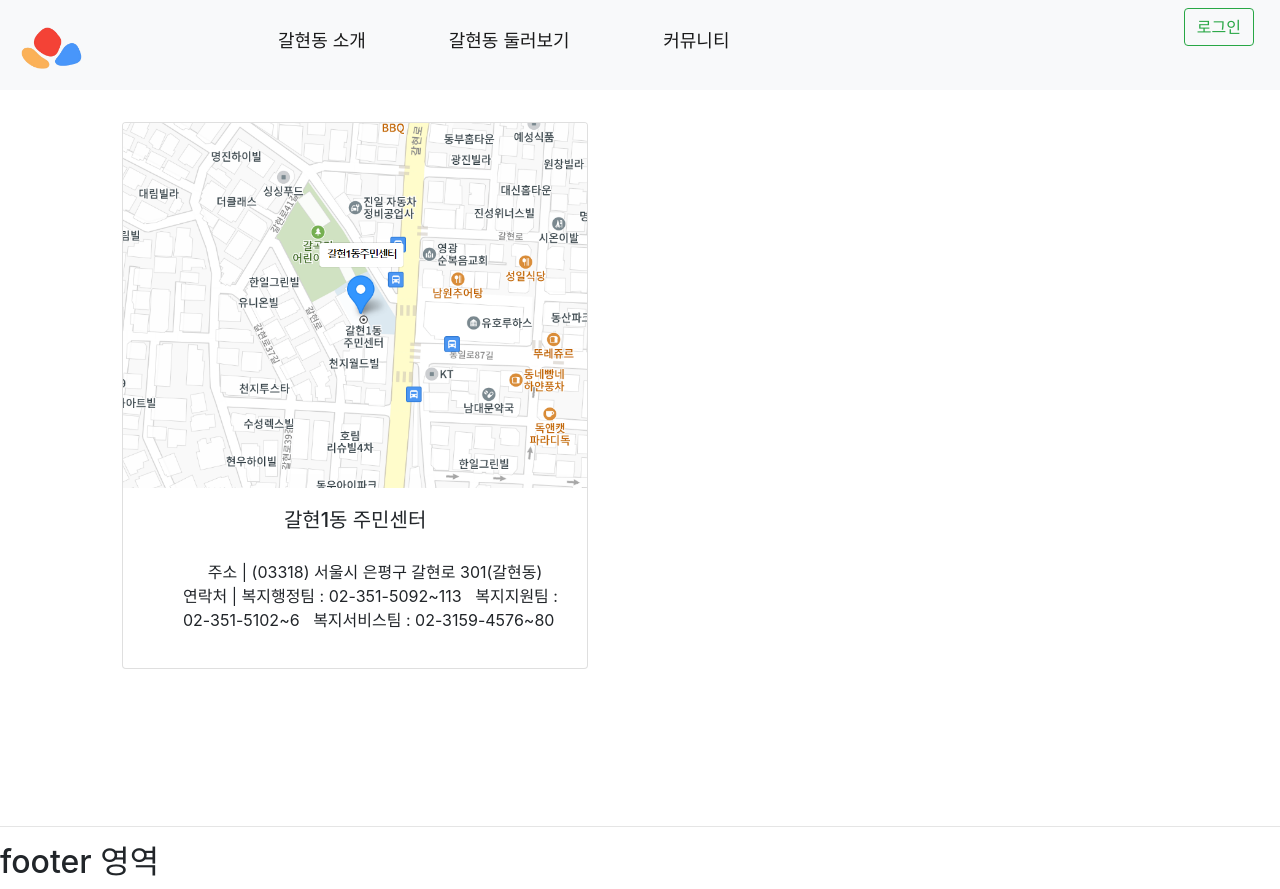
Repository: rnjsmj/pro01
Page: http://localhost/pro01/intro/map.jsp
These files come from the project's save history. The page is drawn as it stood at one moment and after the next save; the edit follows.
The browser window is 1280 px wide. The pictures show the whole page.
The page is served by Tomcat 9. Nobody is signed in. The application's start-up code is not run. Other server files are loaded and not shown. The template is opened directly, without the code that normally fills it, so the values that code supplies are empty.

Above is the page before, as saved 2024-04-14 16:10:06.

### pro01/WebContent/intro/map.jsp
<%@ page language="java" contentType="text/html; charset=UTF-8"
    pageEncoding="UTF-8"%>
<%@ taglib prefix="c" uri="http://java.sun.com/jsp/jstl/core" %>
<%@ taglib prefix="fmt" uri="http://java.sun.com/jsp/jstl/fmt" %>
<c:set var="path0" value="<%=request.getContextPath() %>" />
<!DOCTYPE html>
<html>
<head>
<meta charset="UTF-8">
<title>갈현동 소개 - 지역 유래</title>
<%@ include file="/head.jsp" %>
<style>
	#contents { background-color: #ffffff; height:100vh; text-align:center;justify-content:center; display:grid; }
	.page { padding : 2em; text-align : center; justify-content:center; width:1100px;}
	.map-main {text-align:center; width:100%}
	.div-map1 {float:left; text-align:center;  width:50%; box-sizing:border-box;}
	.div-map2 {float:right; text-align:center;  width:50%; box-sizing:border-box;}


	.box_list { display: inline-block; vertical-align: middle; list-style:none; margin-block-start: 1em;
    margin-block-end: 1em;
    margin-inline-start: 0px;
    margin-inline-end: 0px;
    padding-inline-start: 40px;
    unicode-bidi: isolate;}

    .box_item {display:block; position:relative; list-style:none;
    display: inline-block;
    margin: 0;
    padding: 0;
    box-sizing: border-box;
    text-align:left;}
    .box_subject {
    top: 0;
    left: 0;
    font-size: 16px;
    line-height: 24px;
    display: inline-block;
    margin: 0;
    padding: 0;
    box-sizing: border-box;
    text-align:left;
    }
    .bax-text {
    	position: absolute;
    top: 0;
    left: 0;
    font-size: 16px;
    line-height: 24px;
    display: inline-block;
    margin: 0;
    padding: 0;
    box-sizing: border-box;
    }
    .card {width:90%;}



</style>
</head>
<body>
<div id="header">
	<%@ include file="/header.jsp" %>
</div>
<div id="contents">
	<section class="page" id="page1">

		<div class="map-main">
			<div class="div-map1">
				<div class="card" >
					<img class="card-img-top" src="${path0 }/images/main/map1.png" alt="갈현1동주민센터">
					<div class="card-body">
						<h5 class="card-title">갈현1동 주민센터</h5>
						<ul class="box_list">
							<li class="box_item address">
								<span class="box_subject">주소   |</span>
								<span class="box_text">(03318) 서울시 은평구 갈현로 301(갈현동)</span>
							</li>
							<li class="box_item contect">
								<span class="box_subject">연락처   |</span>
								<span class="box_text">복지행정팀 : 02-351-5092~113</span>&nbsp;&nbsp;
								<span class="box_text">복지지원팀 : 02-351-5102~6</span>&nbsp;&nbsp;
								<span class="box_text">복지서비스팀 : 02-3159-4576~80</span>

							</li>
						</ul>
					</div>
				</div>
			</div>

			<div class="div-map2">

			</div>
		</div>
	</section>
</div>
<div id="footer">
	<%@ include file="/footer.jsp" %>
</div>
</body>
</html>

### pro01/WebContent/head.jsp
<%@ page language="java" contentType="text/html; charset=UTF-8"
    pageEncoding="UTF-8"%>
<%@ taglib prefix="c" uri="http://java.sun.com/jsp/jstl/core" %>
<%@ taglib prefix="fmt" uri="http://java.sun.com/jsp/jstl/fmt" %>
<c:set var="ipath" value="<%= request.getContextPath() %>" />
<script src="${ipath }/js/jquery-3.2.1.min.js"></script>
<link rel="stylesheet" href="${ipath }/css/bootstrap.min.css" />
<link rel="stylesheet" href="https://cdnjs.cloudflare.com/ajax/libs/font-awesome/5.7.0/css/all.min.css" />
<script src="${ipath }/js/bootstrap.min.js"></script>
<meta name="viewport" content="width=device-width, initial-scale=1.0">
<meta name="subject" content="갈현동 소개 (Galhyeon-dong Intro)" />
<meta name="description" content="갈현동, 로데오거리, 맛집, 교통" />
<meta name="keywords" content="갈현동, 갈현1동, 갈현2동, 거리, 맛집, 교통편, 연신내역, 연신내, 구산역, 구산동, 구파발, 로데오거리, 연신내로데오거리, 메트로타워, 주점" />
<link rel="icon" href="${ipath }/images/favicon.png" />
<link rel="shortcut icon" href="${ipath}/images/favicon3.png" />
<meta property="og:type" content="website" />
<meta property="og:title" content="갈현동" />
<meta property="og:description" content="갈현동, 로데오거리, 맛집, 교통" />
<meta property="og:image" content="${ipath }/images/site.png" />
<meta property="og:url" content="http://localhost:8091" />
<link rel="stylesheet" href="${ipath }/css/common.css" />

### pro01/WebContent/header.jsp
<%@ page language="java" contentType="text/html; charset=UTF-8"
    pageEncoding="UTF-8"%>
<%@ taglib prefix="c" uri="http://java.sun.com/jsp/jstl/core" %>
<%@ taglib prefix="fmt" uri="http://java.sun.com/jsp/jstl/fmt" %>
<c:set var="hpath" value="<%=request.getContextPath() %>" />

<style>
	.navbar {width:100%; clear:both; display:block;}

	.navbar-brand { float:left; margin-right:80px; margin-top:0px; }
	#gnb {width:100%; height:90px; position:absoulute; top:0px; min-width:1100px; }
	.div-navbar {width:100%; display:block; float:left; }
	#gnb .navbar-nav { width:60%; margin:0auto; float:left; display:block; min-width:606px; text-align:center; margin-left:5%; height:80px;}
	#gnb .nav-item {float:left; position:relative; width:25%; height:80px; line-height:50px; text-align:center; display:block;  }
	#gnb .nav-item a {display:block; }
	.nav-link {font-size:18px;}


	#gnb .sub_menu {display:none; list-style:none; text-align:left; background-color:#ffffff; margin-top:10px; }
	#gnb .sub_menu a {text-decoration:none; color:black;}
	#gnb .sub_menu a:hover {font-weight:600; color:#69634e; }
	#gnb .item .sub_menu li {background-color:#ffffff; }
	#gnb .nav-item:hover .sub_menu {display:block; }
	#gnb .nav-item:hover a.nav-link{font-weight:600; }
	#gnb a {text-decoration:none;}

	.mem-manage {text-align:right;   width:200px; float:right;}
	.ul-mem {list-style:none; }
	.li-mem {list-style:none; margin-left:10px; margin-right:10px; float:right; display:block;}


</style>
<header>
	<nav class="navbar navbar-light bg-light" id="gnb">
	<div class="div-navbar">
  		<a class="navbar-brand" href="/pro01"><img alt="갈현동" src="${hpath }/images/favicon3.png" width=70px></a>
		<ul class="navbar-nav">
    		<li class="nav-item active"><a class="nav-link">갈현동 소개</a>
    			<ul class="sub_menu">
    				<li><a href="${hpath }/intro/origin.jsp">지명유래</a></li>
    				<li><a href="${hpath }/intro/map.jsp">오시는 길</a></li>
    			</ul>
    		</li>
    		<li class="nav-item active"><a class="nav-link">갈현동 둘러보기</a>
    			<ul class="sub_menu">
    				<li><a href="">주요시설 안내</a></li>
    				<li><a href="">맛집 안내</a></li>
    				<li><a href="${hpath }/TrafficList.do">교통편 안내</a></li>
    			</ul>
    		</li>
    		<li class="nav-item active"><a class="nav-link">커뮤니티</a>
    			<ul class="sub_menu">
    				<li><a href="${hpath }/NoticeList.do">공지사항</a></li>
    				<li><a href="${hpath }/QnaList.do">묻고답하기</a></li>
    				<li><a href="">자료실</a></li>
    			</ul>
    		</li>
    		<c:if test="${not empty sid }">
				<c:if test="${!sid.equals('admin')}">
				<li class="nav-item active"><a class="nav-link href="${hpath }/MemberUpdate.do?id=${sid}">마이페이지</a></li>
				</c:if>
				<c:if test="${sid.equals('admin') }">
				<li class="nav-item active"><a class="nav-link href="${hpath }/admin">관리자페이지</a></li>
				</c:if>
			</c:if>
  		</ul>
  		<div class="mem-manage justify-content-end">
  			<ul class="ul-mem">
  				<c:if test="${not empty sid }">
  				<li class="li-mem">
  					<img alt="이미지" src="${hpath }/images/member-icon.svg" width=20px;>
  					<strong>${sname }</strong>
  				</li>
  				<li class="li-mem">
  					<a class="btn btn-outline-success my-2 my-sm-0" href="${hpath }/Logout.do">로그아웃</a>
  				</li>
  				</c:if>
  				<c:if test="${empty sid}">
  				<li class="li-mem">
  					<a class="btn btn-outline-success my-2 my-sm-0" href="${hpath }/member/login.jsp" >로그인</a>
  				</li>
  				</c:if>
  			</ul>
  		</div>
  	</div>
	</nav>
</header>

### pro01/WebContent/footer.jsp
<%@ page language="java" contentType="text/html; charset=UTF-8"
    pageEncoding="UTF-8"%>
<hr>
<footer>
	<h2>footer 영역</h2>
</footer>

### pro01/WebContent/css/common.css
@charset "UTF-8";
#contents {min-height:100%; height:auto; padding-bottom:100px; }
#header {clear:both; height:90px;  min-width:1100px; }
#footer { /*background-color:#2c2c2c; color:#fff;
	position:relative; transform:translateY(-100%); height:100px;*/ }

Loaded but not shown: pro01/WebContent/js/jquery-3.2.1.min.js (library); pro01/WebContent/css/bootstrap.min.css (library); pro01/WebContent/js/bootstrap.min.js (library)

After the next save:
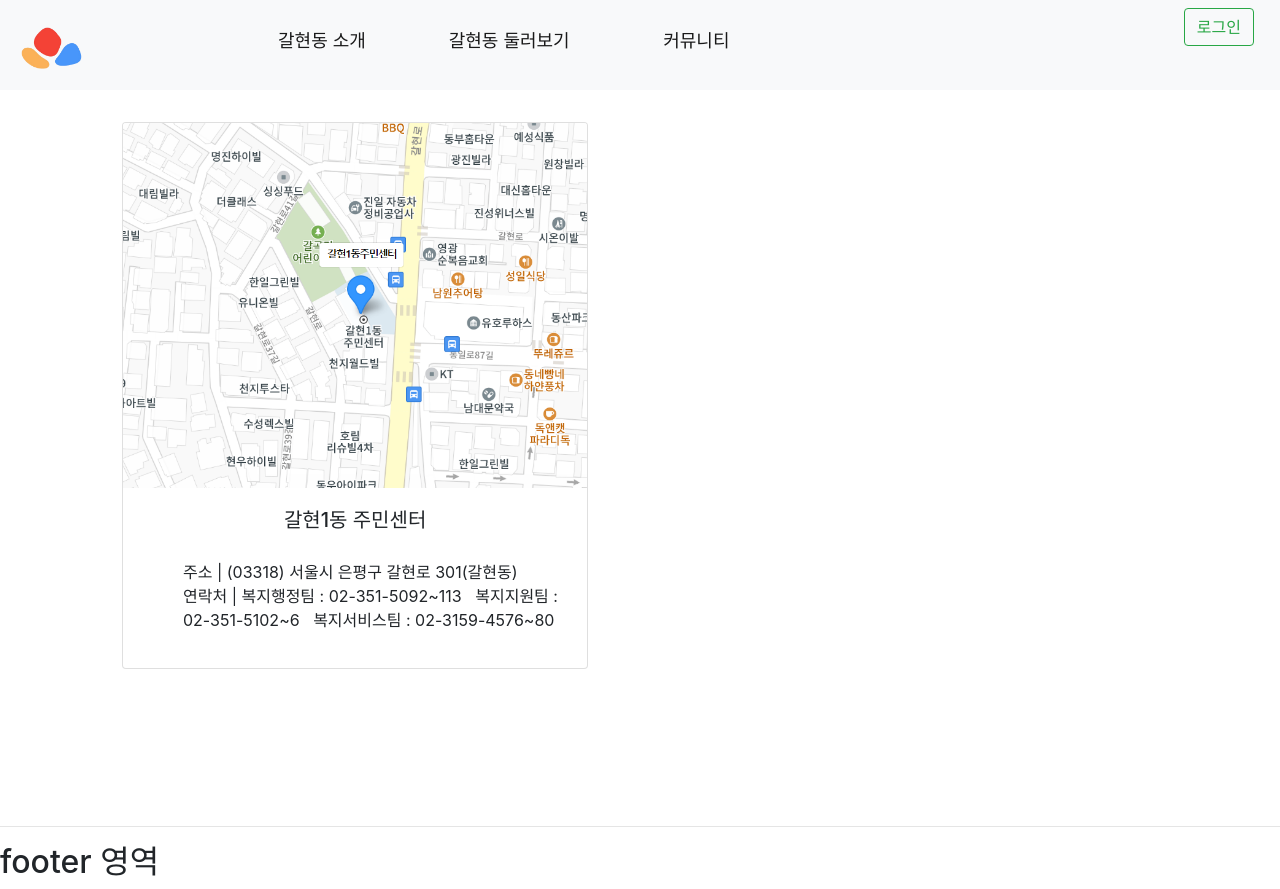
Saved 16 s later.
--- a/pro01/WebContent/intro/map.jsp
+++ b/pro01/WebContent/intro/map.jsp
@@ -22,7 +22,8 @@
     margin-inline-start: 0px;
     margin-inline-end: 0px;
     padding-inline-start: 40px;
-    unicode-bidi: isolate;}
+    unicode-bidi: isolate;
+    text-align:left;}
 
     .box_item {display:block; position:relative; list-style:none;
     display: inline-block;
